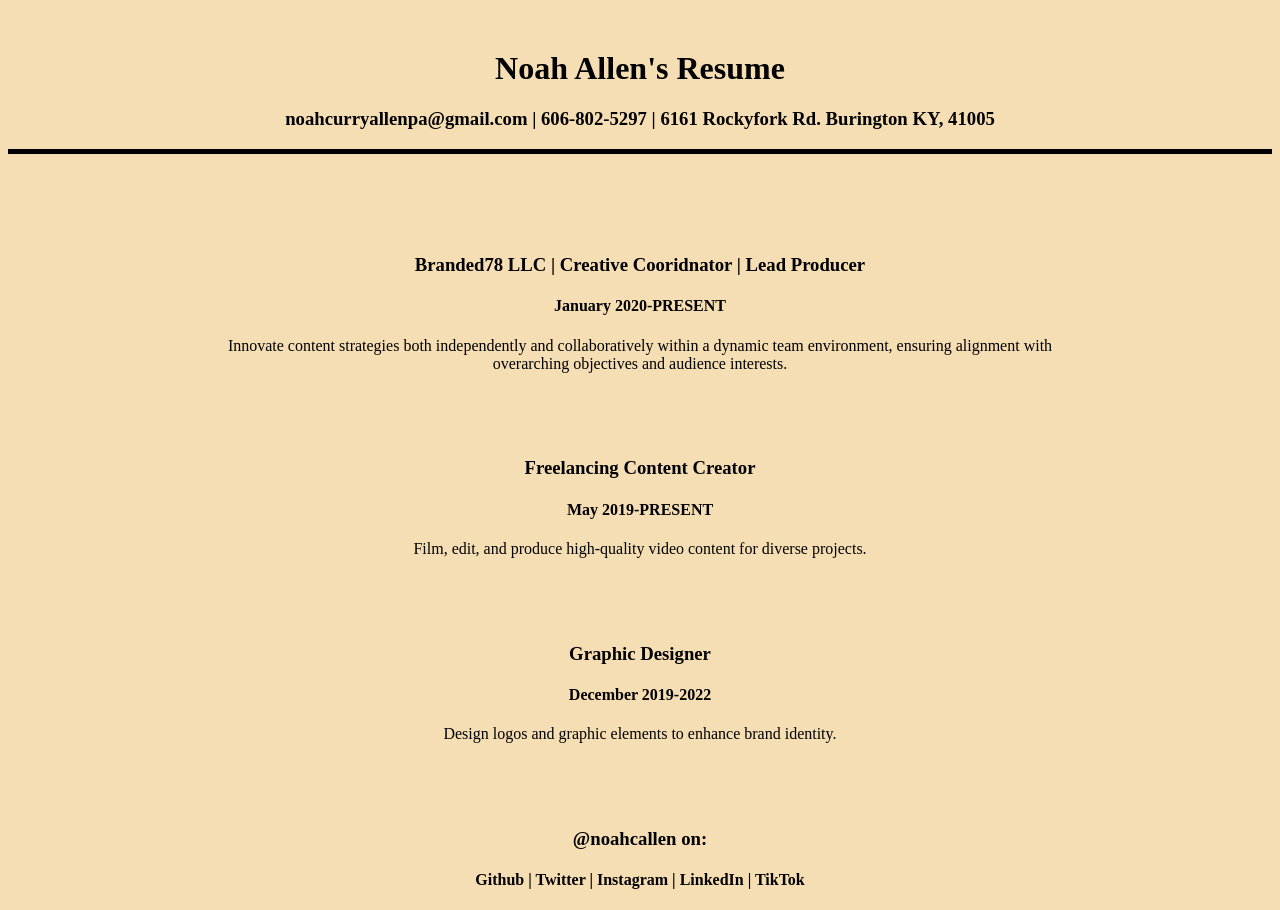
Repository: noahcallen/LAB-HTML-Resume
Page: index.html
An editor plug-in stored every save of this project. The page is shown before and after the next save, followed by the edit.
The browser window is 1280 px wide. The pictures show the whole page.

Above is the page before, as saved 2024-07-08 21:49:02.

### index.html
<!DOCTYPE html>
<html lang="en">
<head>
  <meta charset="UTF-8">
  <meta name="viewport" content="width=device-width, initial-scale=1.0">
  <title>Document</title>
  <link rel="stylesheet" href="main.css">
</head>
<body>

  <div class="HEADER">
  <!--HEADER-->
  <h1>Noah Allen's Resume</h1>
  <h3> noahcurryallenpa@gmail.com | 606-802-5297 | 6161 Rockyfork Rd. Burington KY, 41005</h3>
<!--END HEADER-->
  </div>

  <article id="Job1">
    <h3>Branded78 LLC | Creative Cooridnator | Lead Producer</h3>
    <h4>January 2020-PRESENT</h4>
    <section>
      <p>Innovate content strategies both independently and collaboratively within a dynamic team environment, ensuring alignment with overarching objectives and audience interests.</p>
    </section>
  </article>

  <article id="Job2">
    <h3>Freelancing Content Creator</h3>
    <h4>May 2019-PRESENT</h4>
    <section>
      <p>Film, edit, and produce high-quality video content for diverse projects.</p>
    </section>
  </article>

  <article id="Job3">
    <h3>Graphic Designer</h3>
    <h4>December 2019-2022</h4>
    <section>
      <p>Design logos and graphic elements to enhance brand identity.</p>
    </section>
  </article>

  <div class="FOOTER">
    <!-- FOOTER-->
     <h3>@noahcallen on:</h3>
     <h4>Github | Twitter | Instagram | LinkedIn | TikTok</h4>
    <!-- FOOTER-->
  </div>



  <script src="main.js"></script>
</body>
</html>

### main.css
body {
  background-color: wheat;
  text-align: center;
}

.HEADER {
  margin: 50px 0px 100px 0px;
  border-bottom: solid 5px black;
}

#Job1 {
  padding: 0px 200px 50px 200px;
}

#Job2 {
  padding: 0px 200px 50px 200px;
}

#Job3 {
  padding: 0px 200px 50px 200px;
}

Loaded but not shown: main.js (no stored copy; drawn as an empty file)

After the next save:
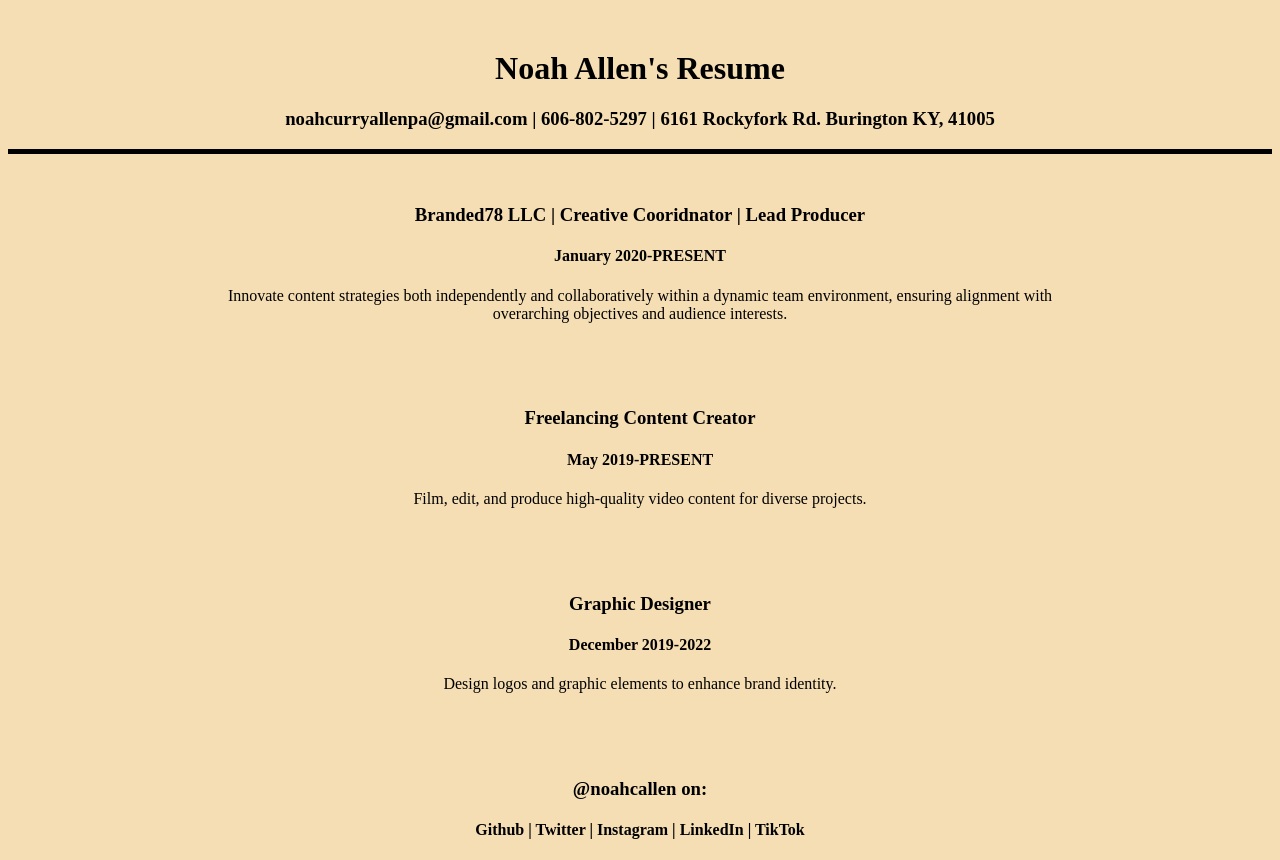
Saved 28 s later.
--- a/main.css
+++ b/main.css
@@ -4,7 +4,7 @@
 }
 
 .HEADER {
-  margin: 50px 0px 100px 0px;
+  margin: 50px 0px 50px 0px;
   border-bottom: solid 5px black;
 }
 
